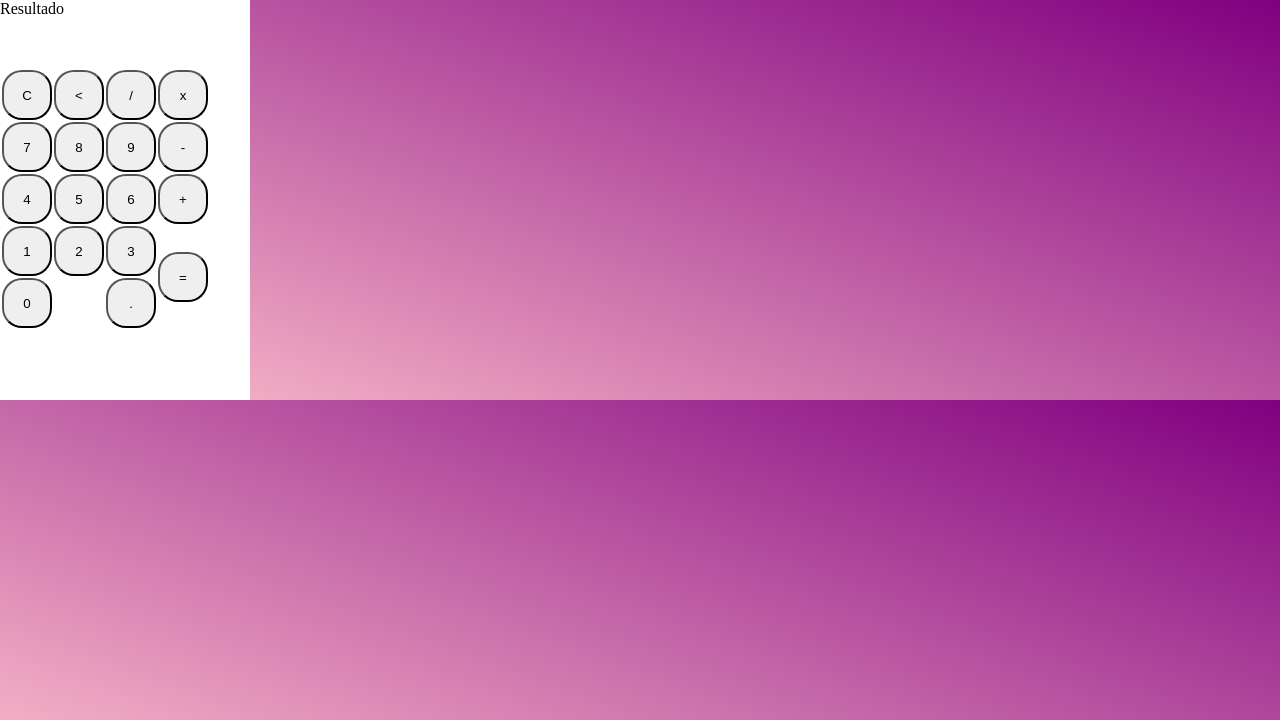
Repository: mariele-huff/calculadora
Page: index.html
The author's editor kept a copy of each file at every save. The page is drawn from the files as they stood at one save, then again after the next save.
The browser window is 1280 px wide. The pictures show the whole page.

Above is the page before, as saved 2022-08-12 18:34:45.

After the next save:
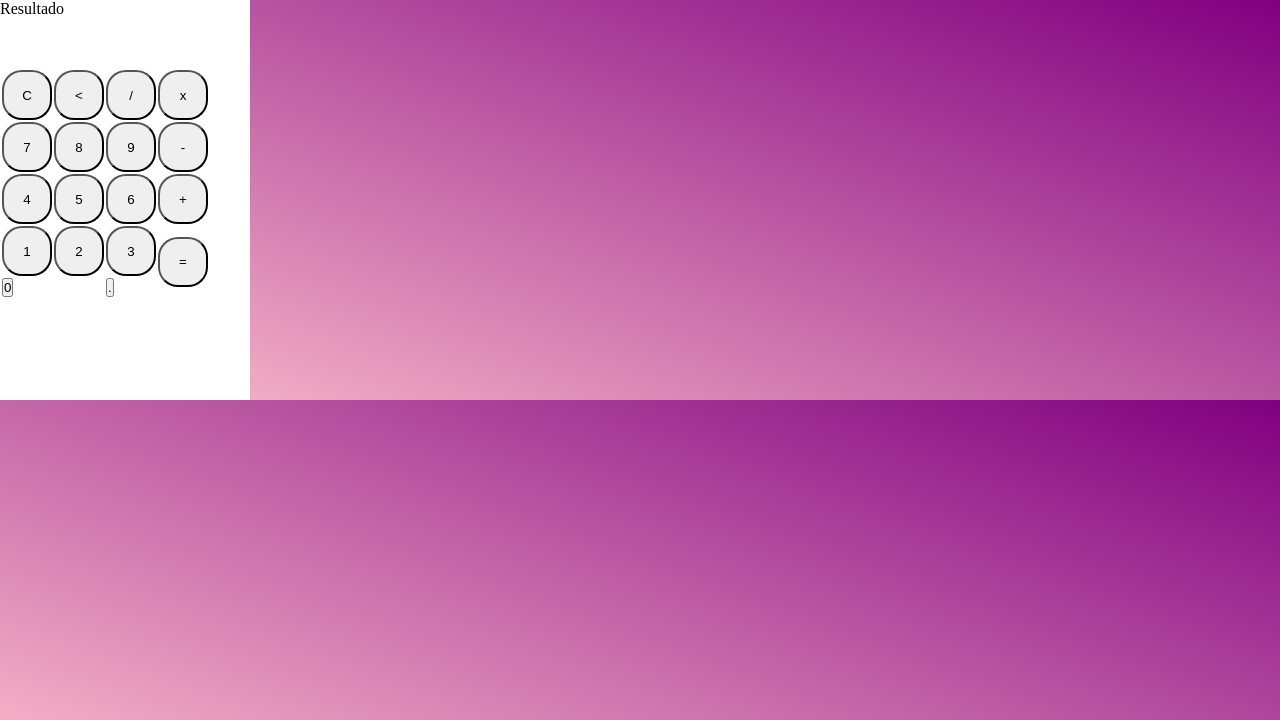
Saved 13 s later.
--- a/index.html
+++ b/index.html
@@ -40,8 +40,8 @@
                 <td rowspan="2"><button class="botao" onclick="calcular()" >=</button></td>
             </tr>
             <tr>
-                <td colspan="2"><button class="botao" onclick="acrescenta('3')">0</button></td>
-                <td> <button class="botao" onclick="acrescenta('.')">.</button></td>
+                <td colspan="2"><button class="botao1" onclick="acrescenta('3')">0</button></td>
+                <td> <button class="botao1" onclick="acrescenta('.')">.</button></td>
             </tr>
         </table>
     </div>

After the save that followed:
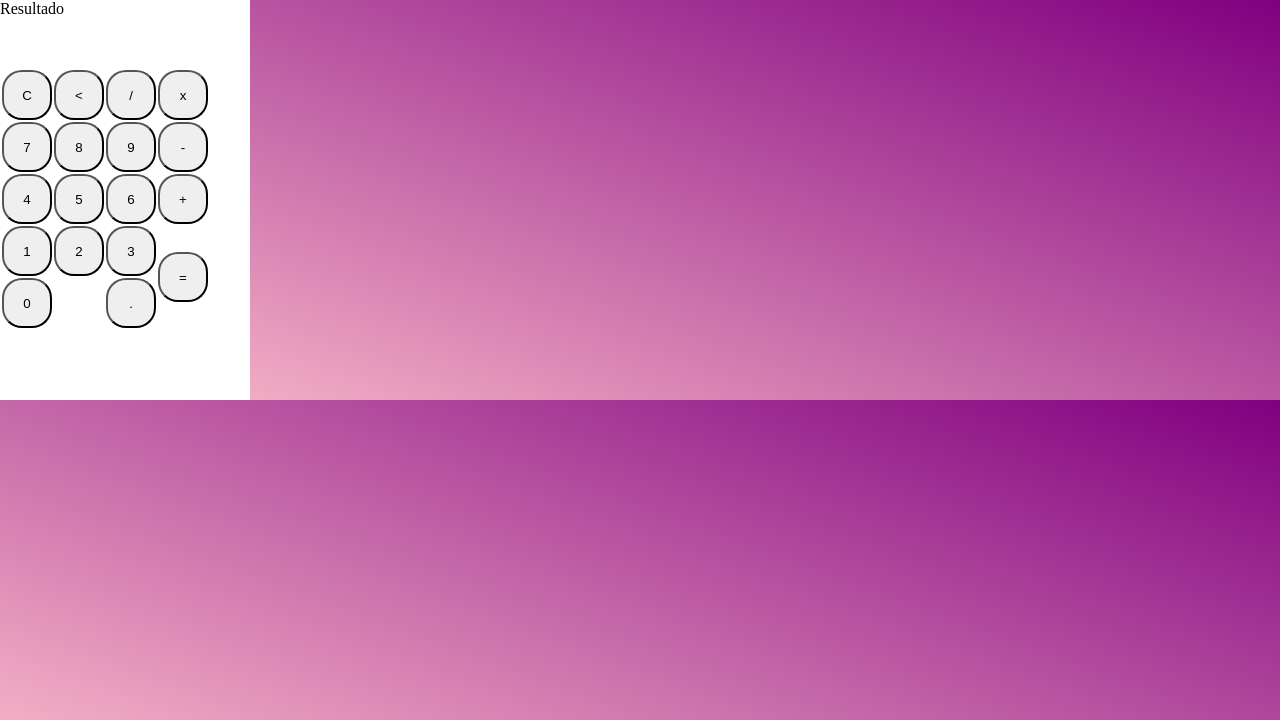
Saved 13 s later.
--- a/style.css
+++ b/style.css
@@ -22,7 +22,13 @@ body{
     border-radius: 20px;
 
 }
+.botao1{
 
+    height: 50px;
+    width: 50px;
+    border-radius: 20px;
+
+}
 #resultado {
      margin-bottom: 50px;
      border: 10px gray;
